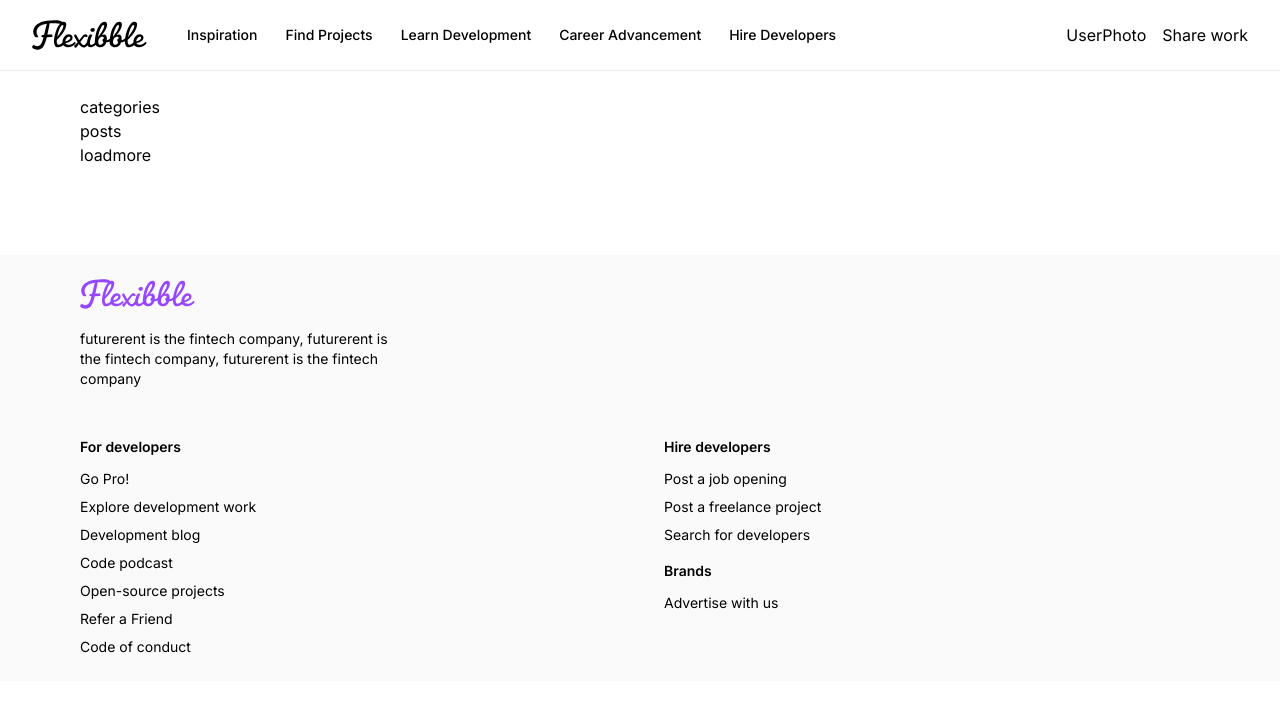
Repository: cicifuture/grafbase_proj
Page: /
These files come from the project's save history. The page is drawn as it stood at one moment and after the next save; the edit follows.
The browser window is 1280 px wide. The pictures show the whole page.
The project was rebuilt for these pictures with package versions that can differ from the ones it lists, and the page was loaded fresh each time. The framework's server and built-in components were replaced by stand-ins that run in the browser. Also part of the build but not shown: next.config.js, components/AuthProviders.tsx.

Above is the page before, as saved 2023-09-26 11:45:09.

### components/Navbar.tsx
import React from 'react'
import Link from 'next/link'
import Image from 'next/image'
import { NavLinks } from '@/constant'
import AuthProviders from './AuthProviders'
const Navbar = () => {
  const session = {}
  return (
    <nav>
        <div className= 'flexBetween navbar'>
            <div className='flex-1 flexStart gap-10'>
                <Link href= '/'>
                    <Image
                        src='/logo.svg'
                        width={115}
                        height={43}
                        alt='Flexibble'/>
                </Link>
                <ul className = 'xl:flex hidden text-small gap-7'>
                  {NavLinks.map((link)=>(<Link href={link.href} key={link.key}>{link.text}</Link>))}
                </ul>
            </div>
            <div className='flexCenter gap-4'>
              {session ? (
                <>
                UserPhoto
                <Link href='/create-project'>Share work</Link>
                </>) : (<AuthProviders />)
                }
            </div>
        </div>
    </nav>
  )
}

export default Navbar

### components/Footer.tsx
import React from 'react'
import Image from 'next/image'
import Link from 'next/link';
import { footerLinks } from '@/constant';


type ColumnProps = {
  title:string;
  links:Array<string>;
}

const FooterColumn = ({title,links}:ColumnProps) => (
  <div className='footer_column'>
    <h4 className='font-semibold'>{title}</h4>
    <ul className='flex flex-col gap-2 font-normal'>{links.map((link)=><Link href='/' key={link}>{link}</Link>)}</ul>
  </div>
)
const Footer = () => {
  return (
    <footer className='flexStart footer'>
      <div className='flex flex-col gap-12 w-full'>
        <div className='flex items-start flex-col'>
          <Image src='/logo-purple.svg'
                width={115}
                height={38}
                alt="Flexibble"/>
          <p className='text-start text-sm font-normal mt-5 max-w-xs'>futurerent is the fintech company, futurerent is the fintech company, futurerent is the fintech company</p>
        </div>
        <div className='flex flex-wrap gap-12'>
          <FooterColumn title={footerLinks[0].title} links={footerLinks[0].links}/>
          <div className='flex-1 flex flex-col gap-4'>
          <FooterColumn title={footerLinks[1].title} links={footerLinks[1].links}/>
          <FooterColumn title={footerLinks[2].title} links={footerLinks[2].links}/>
          </div>
        </div>
      </div>
    </footer>


  )
}

export default Footer

Loaded but not shown: app/layout.tsx (common file); app/page.tsx (common file); app/globals.css (common file); constant/index.ts (common file); tailwind.config.ts (common file)

After the next save:
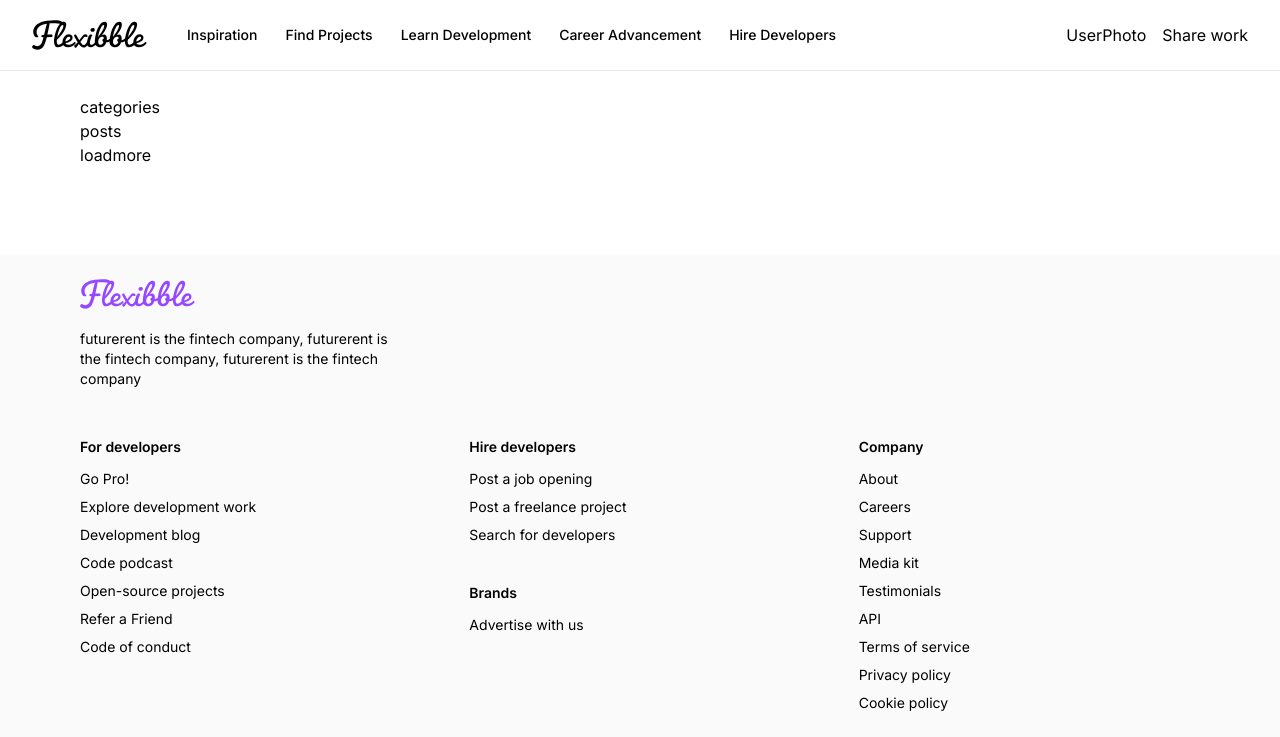
Saved 38 s later.
--- a/components/Footer.tsx
+++ b/components/Footer.tsx
@@ -32,6 +32,7 @@
           <FooterColumn title={footerLinks[1].title} links={footerLinks[1].links}/>
           <FooterColumn title={footerLinks[2].title} links={footerLinks[2].links}/>
           </div>
+          <FooterColumn title={footerLinks[3].title} links={footerLinks[3].links}/>
         </div>
       </div>
     </footer>
